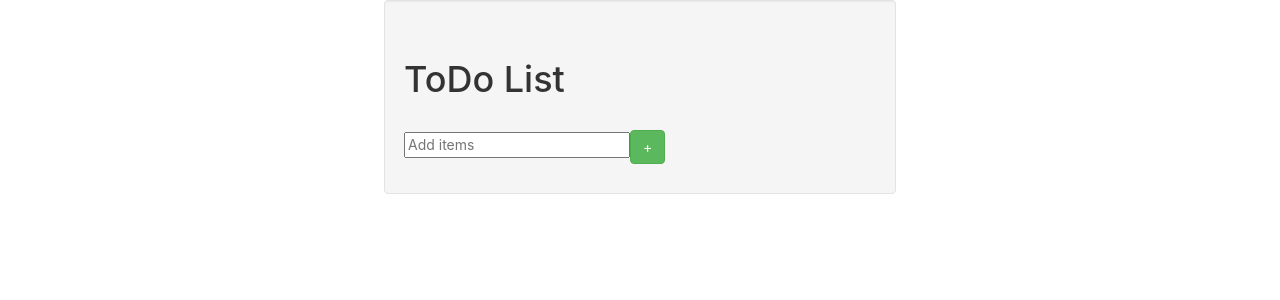
Repository: arpana23/Todo-list
Page: /
An editor plug-in stored every save of this project. The page is shown before and after the next save, followed by the edit.
The browser window is 1280 px wide. The pictures show the whole page.
Some web libraries are served in a nearby version. The project was rebuilt for these pictures with package versions that can differ from the ones it lists, and the page was loaded fresh each time. Also part of the build but not shown: src/Todolist.js.

Above is the page before, as saved 2021-04-14 17:48:43.

After the next save:
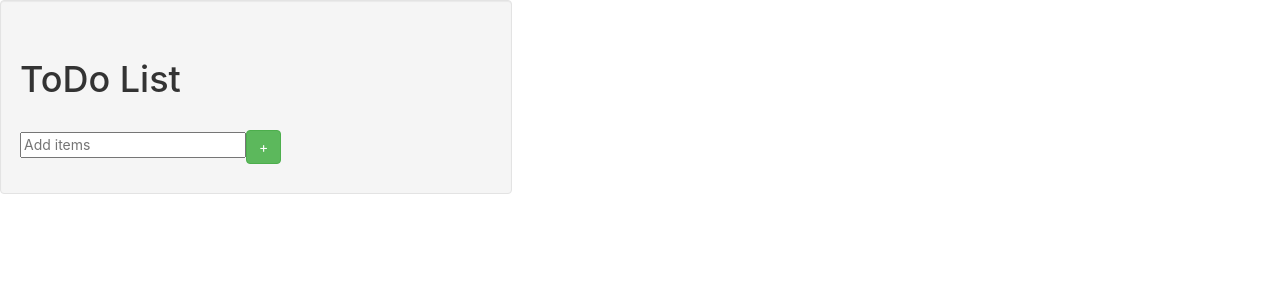
Saved 15 s later.
--- a/src/App.css
+++ b/src/App.css
@@ -5,14 +5,14 @@
 .main-container {
   display: flex;
   flex-direction: column;
-  justify-content: center;
+  /* justify-content: center; */
 }
 
 .flex-container {
   display: flex;
   flex-direction: row;
-  justify-content: center;
-  align-items: center;
+  /* justify-content: center;
+  align-items: center; */
 
 }
 
